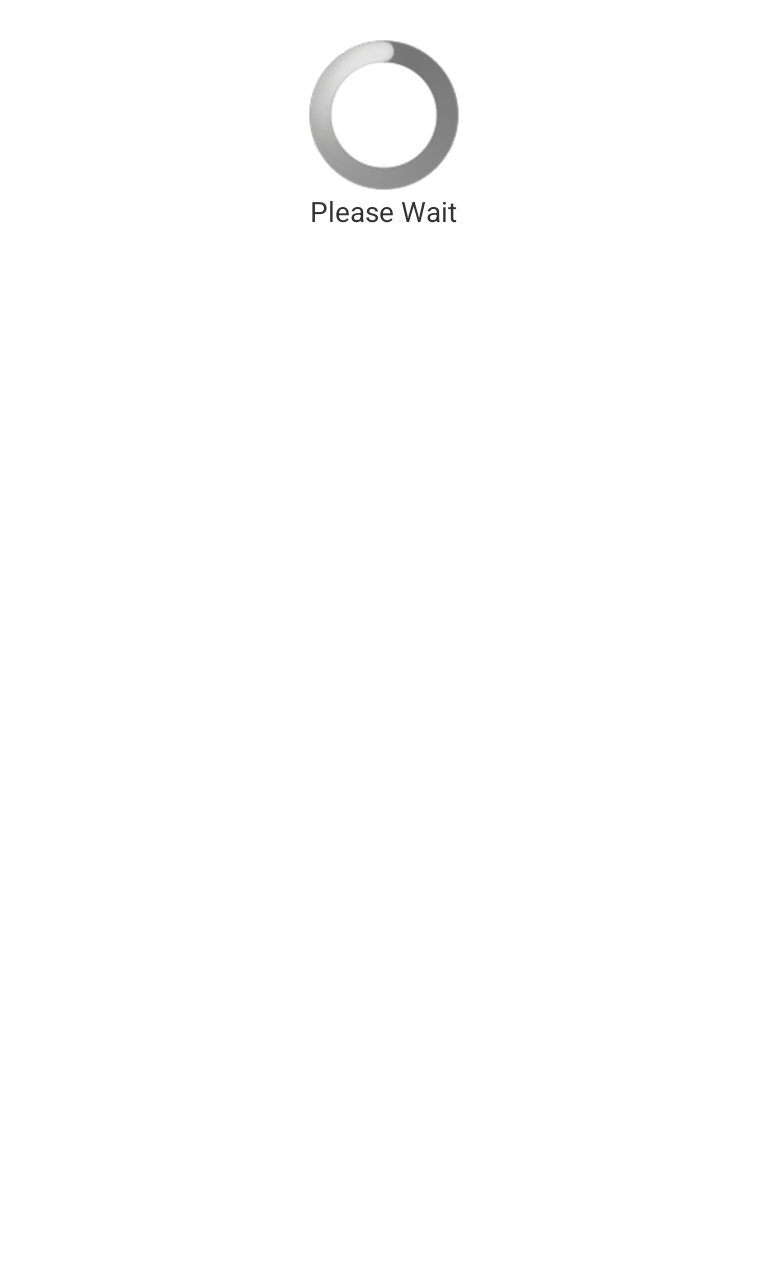
Repository: galihandy/chessboard
Layout: ArsenalIndonesia/res/layout/multiview_regional.xml
An editor plug-in stored every save of this project. The layout is shown before and after the next save, followed by the edit.
It is drawn on a 768 x 1280 px phone screen (xhdpi) without system bars, with theme android:Theme.Light.NoTitleBar; the app's code is not run. Lists and similar views that code fills are empty.

Above is the layout before, as saved 2013-02-15 14:39:18.

### ArsenalIndonesia/res/layout/multiview_regional.xml
<?xml version="1.0" encoding="utf-8"?>
<RelativeLayout xmlns:android="http://schemas.android.com/apk/res/android"
    android:id="@+id/sampleLayoutExample"
    android:layout_width="fill_parent"
    android:layout_height="fill_parent"
    android:orientation="vertical" >

    <RelativeLayout
        android:id="@+id/loadingRelLayout"
        android:layout_width="fill_parent"
        android:layout_height="wrap_content"
        android:orientation="vertical" >

        <!-- Your Content view here -->

        <ProgressBar
            android:id="@+id/progress_bar"
            style="?android:attr/progressBarStyleLarge"
            android:layout_width="wrap_content"
            android:layout_height="wrap_content"
            android:layout_centerHorizontal="true"
            android:layout_centerVertical="true"
            android:paddingBottom="10dp"
            android:paddingTop="10dp" />

        <TextView
            android:id="@+id/waitting_textview"
            android:layout_width="wrap_content"
            android:layout_height="wrap_content"
            android:layout_below="@+id/progress_bar"
            android:layout_centerHorizontal="true"
            android:text="@string/please_wait" />
    </RelativeLayout>

    <RelativeLayout
        xmlns:tools="http://schemas.android.com/tools"
        android:id="@+id/listRelLayout"
        android:layout_width="match_parent"
        android:layout_height="match_parent"
        android:orientation="vertical" >

        <!-- Your Content view here -->

        <TextView
            android:id="@+id/reg_page_title"
            android:layout_width="match_parent"
            android:layout_height="wrap_content"
            android:layout_margin="5dip"
            android:text="@string/reg_pg_title_lbl"
            android:textColor="@android:color/white"
            android:textSize="20dp"
            android:textStyle="bold" />

        <ListView
            android:id="@+id/listview"
            android:layout_below="@id/reg_page_title"
            android:layout_width="fill_parent"
            android:layout_height="match_parent"
            tools:context=".FeaturedActivity" />
    </RelativeLayout>

    <RelativeLayout
        xmlns:tools="http://schemas.android.com/tools"
        android:id="@+id/noDataRelLayout"
        android:layout_width="match_parent"
        android:layout_height="match_parent"
        android:orientation="vertical" >

        <TextView
            android:id="@+id/no_data_textview"
            android:layout_width="wrap_content"
            android:layout_height="wrap_content"
            android:layout_centerInParent="true"
            android:textSize="20dp" />
    </RelativeLayout>

</RelativeLayout>

### ArsenalIndonesia/res/values/strings.xml
<resources>

    <string name="app_name">Arsenal Indonesia</string>
    <string name="reg_pg_title_lbl">Based on Regional</string>
    <string name="hello_world">Hello world!</string>
    <string name="menu_settings">Settings</string>
    <string name="search_hint">Search event</string>
    <string name="title_activity_main">Arsenal Indonesia</string>
    <string name="title_activity_featured">Featured</string>
    <string name="title_activity_ticket">Ticket</string>
    <string name="title_activity_myticket">My Ticket</string>
    <string name="please_wait">Please Wait</string>
    <string name="regional_lbl">Regional :</string>
    <string name="date_lbl">Date :</string>
    <string name="description_lbl">Description :</string>
    <string name="ticket">Ticket</string>
	<string name="contact">Contact</string>
	<string name="category">Category</string>
	<string name="author">Author</string>
    <string name="detail_event_add_menu_title">Add to My Event</string>
    <string name="detail_event_rmv_menu_title">Remove from My Event</string>
    <string name="search_event_title">Search Event</string>
    <string name="no_saved_event">No event saved</string>

</resources>

### ArsenalIndonesia/res/values/color.xml
<?xml version="1.0" encoding="utf-8"?>
<resources>

    <drawable name="row_list_feature_item_bgcolor">#777777</drawable>
    <drawable name="white">#ffffff</drawable>
    <drawable name="black">#000000</drawable>
    <drawable name="red">#be1622</drawable>
    <drawable name="grey">#555555</drawable>
    <drawable name="list_elm_bg_clr">#f6f6f6</drawable>
    <drawable name="def_bg_clr">#f6f6f6</drawable>


</resources>

After the next save:
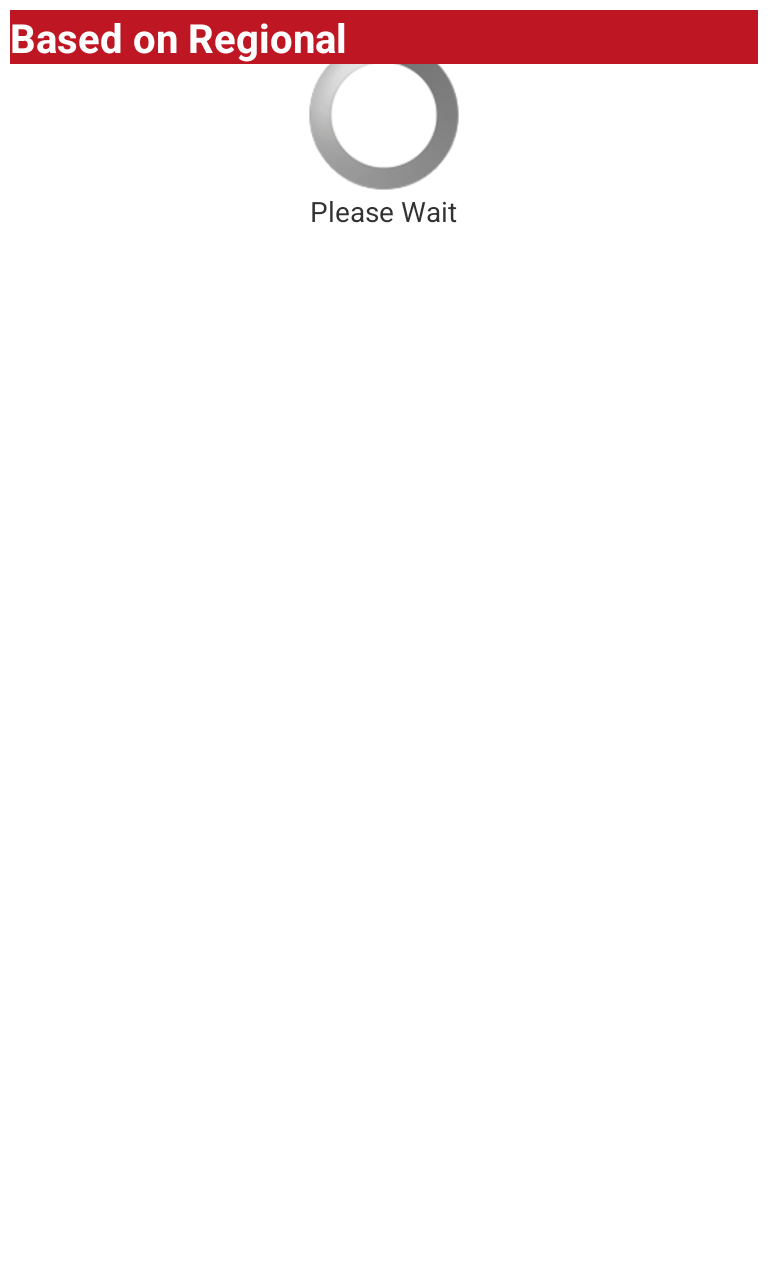
Saved 16 s later.
--- a/ArsenalIndonesia/res/layout/multiview_regional.xml
+++ b/ArsenalIndonesia/res/layout/multiview_regional.xml
@@ -48,6 +48,7 @@
             android:layout_margin="5dip"
             android:text="@string/reg_pg_title_lbl"
             android:textColor="@android:color/white"
+            android:background="@drawable/red"
             android:textSize="20dp"
             android:textStyle="bold" />
 
